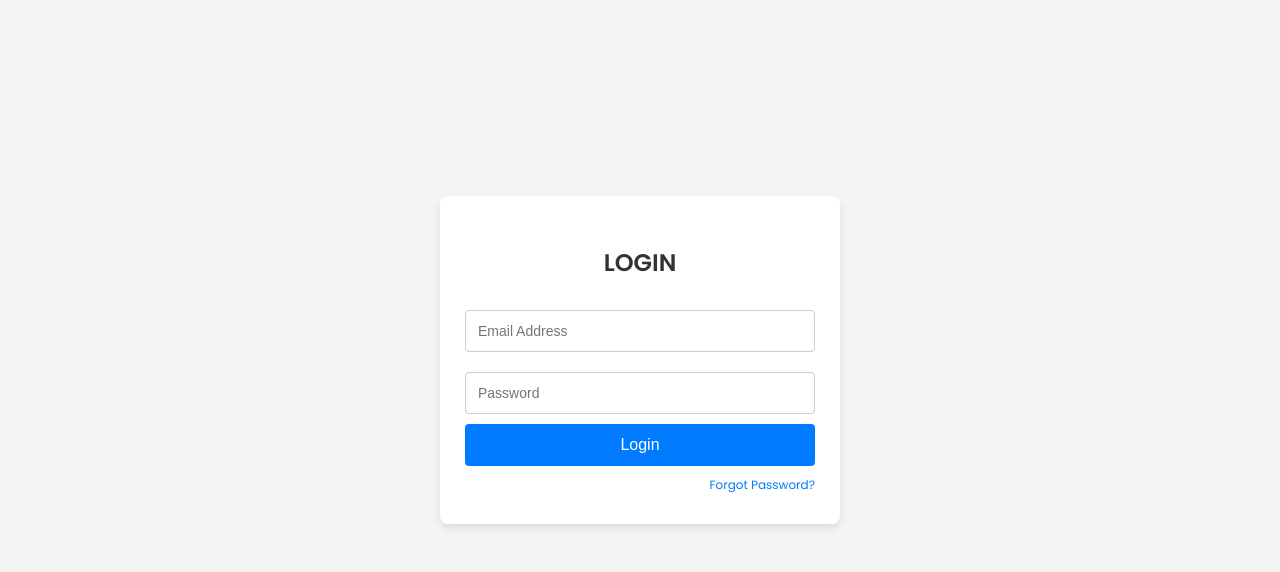
Repository: parthsabhani/Job_Portal_JSP_Servlet
Page: http://localhost/Job_Portal/userLogin.jsp
These files come from the project's save history. The page is drawn as it stood at one moment and after a run of saves; the edit follows.
The browser window is 1280 px wide. The pictures show the whole page.
The page is served by Tomcat 10.

Above is the page before, as saved 2025-04-22 10:14:07.

After the next 4 saves:
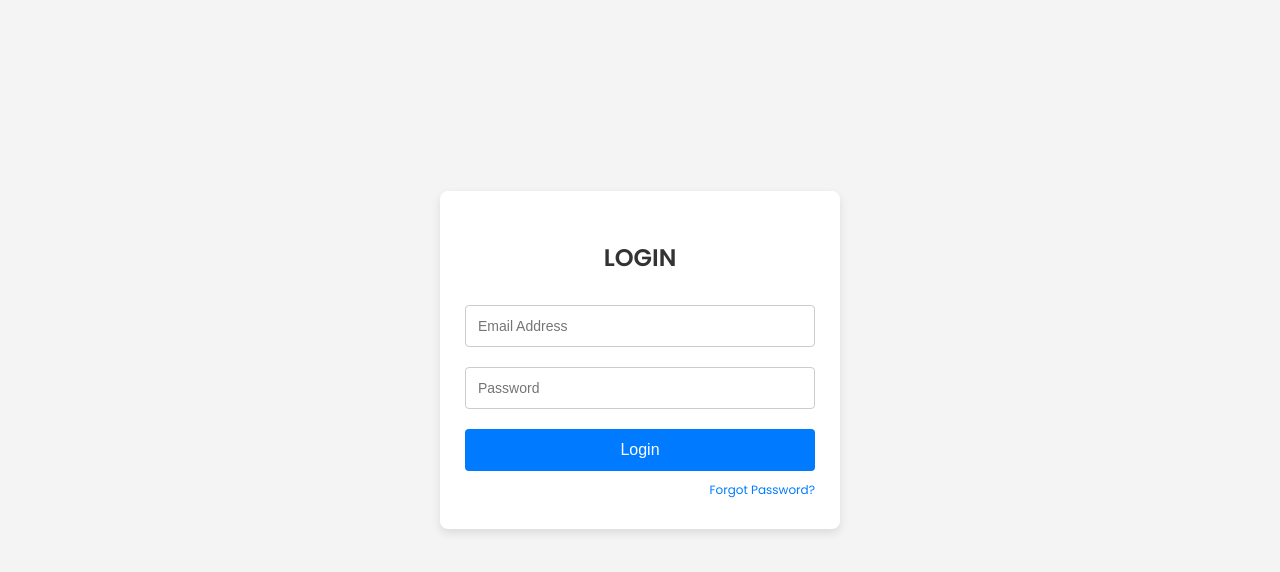
The 4 saves are shown as one change because they came seconds apart.
The last was saved 90 s later.
--- a/Job_Portal/src/main/webapp/userLogin.jsp
+++ b/Job_Portal/src/main/webapp/userLogin.jsp
@@ -103,7 +103,6 @@ h2 {
 	text-align: center;
 	margin-bottom: 12px;
 }
-
 </style>
 </head>
 <body>
@@ -123,7 +122,15 @@ h2 {
 					placeholder="Password" class="input-field" required>
 			</div>
 
-			<div id="errorMessages" class="error">${ error }</div>
+			<%
+				String error = request.getParameter("error");
+				if (error != null) {
+			%>
+				<div id="errorMessages" class="error"><%=error%></div>
+			<%
+				}
+			%>
+
 
 			<!-- Login Button -->
 			<button type="submit" class="login-btn" name="name" value="login">Login</button>
